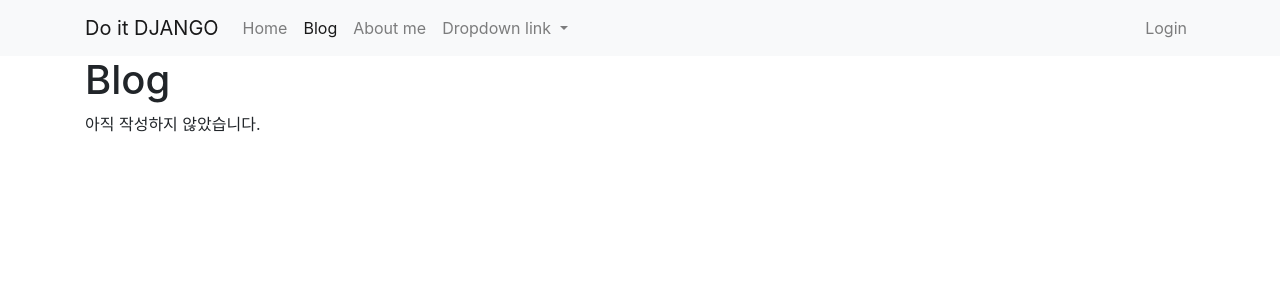
Repository: lwygold/do_it_ft
Page: blog_list.html
An editor plug-in stored every save of this project. The page is shown before and after the next save, followed by the edit.
The browser window is 1280 px wide. The pictures show the whole page.

Above is the page before, as saved 2021-08-11 21:14:24.

After the next save:
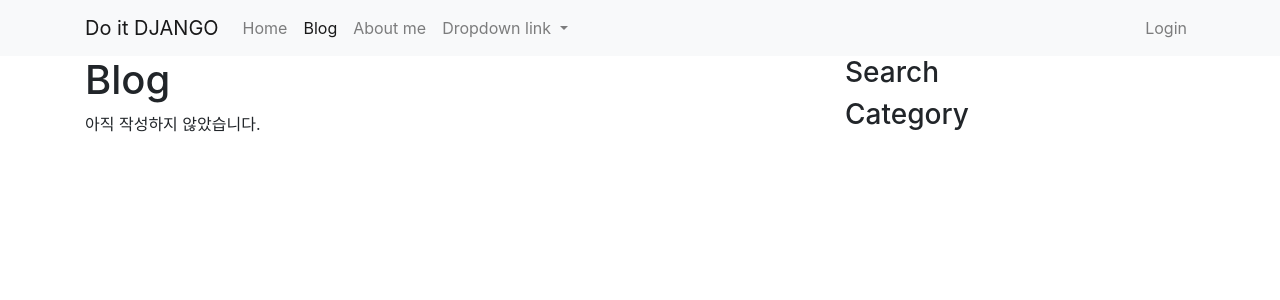
Saved 19 s later.
--- a/blog_list.html
+++ b/blog_list.html
@@ -59,9 +59,9 @@
                 <p>아직 작성하지 않았습니다.</p>
             </div>
             <div class="col-md-4">
-
+                <h3>Search</h3>
+                <h3>Category</h3>
             </div>
-
         </div>
 
     </div>
